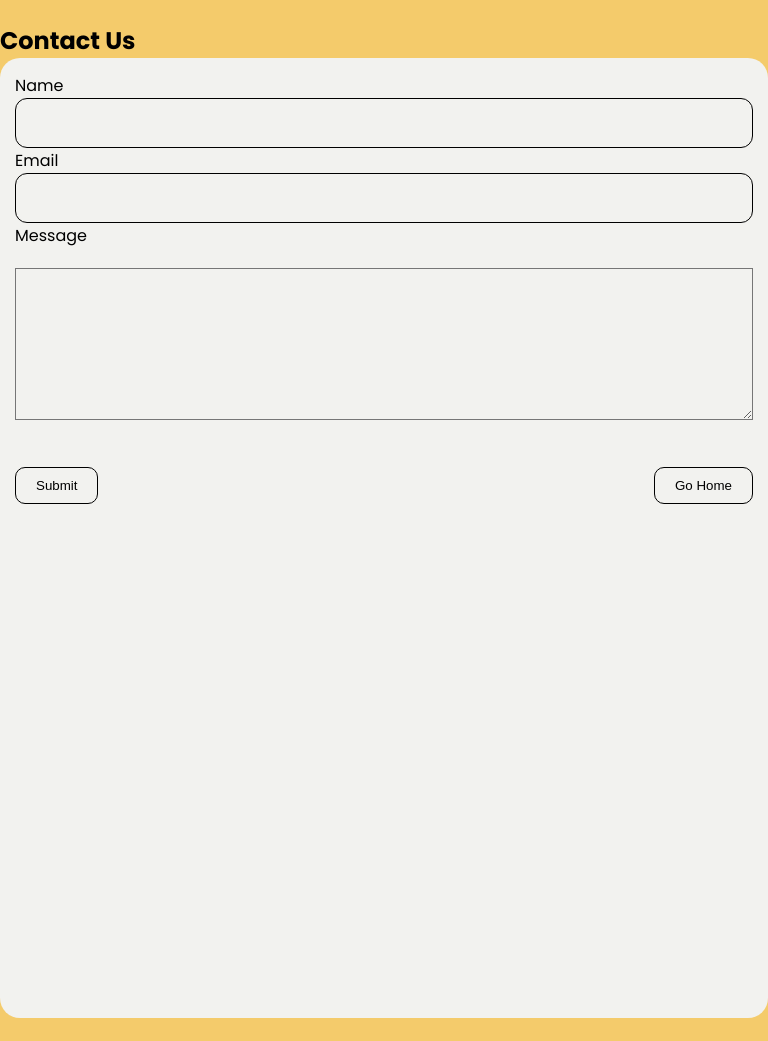
Repository: ble-syn/Random-user-generator-app
Page: /contact
The author's editor kept a copy of each file at every save. The page is drawn from the files as they stood at one save, then again after the next save.
The browser window is 768 px wide. The pictures show the whole page.
The project was rebuilt for these pictures with package versions that can differ from the ones it lists, and the page was loaded fresh each time. Also part of the build but not shown: src/components/Navbar.jsx, src/components/pagination.jsx, src/components/User.jsx, src/pages/Home.jsx, src/components/ErrorFallback.jsx, src/pages/About.jsx, src/pages/Vision.jsx, src/pages/Mission.jsx and 1 more.

Above is the page before, as saved 2022-10-28 20:02:06.

### src/index.css
@import url("https://fonts.googleapis.com/css2?family=Poppins:ital,wght@0,200;0,300;0,400;0,500;0,600;0,700;1,400&display=swap");
*{
  margin: 0;
  padding: 0;
  box-sizing: border-box;
}
a {
  text-decoration: none;
  color: #000;
}
ul{
  list-style: none;
}
body {
  background-color: #F4CB6B;
  font-family: "Poppins", sans-serif;
}
button {
  margin: 20px 0;
  padding:10px 20px;
  background: none;
  border-radius: 10px;
  border: 1px solid black;
}

.container {
  width: 100%;
  max-width: 1300px;
  margin: 3% auto;

}

nav {
  display: flex;
  justify-content: first baseline;
  margin-bottom: 100px;
}
.logo{
  margin-right: 5px;
}
.menu {
  margin: 0 20px;
}

.home-container{
  display: flex;
  align-items: center;
}
/* LEFT STYLES */
#left {
  flex: 5;
}
#left h1 {
  font-size: 3rem;
  font-weight: 700;
  margin-bottom: 20px;
}
#left p {
  font-size: 1.2rem;
  margin-bottom: 20px;
}
.search-input {
  width: 80%;
  background-color: #dadada;
  border-radius: 12px;
  border: none;
  display: flex;
  place-items: center;
  padding-left: 15px;
  margin: 50px 0;
}
.search-input input{
  border: none;
}
input {
  border: 1px solid black;
  border-radius: 12px;
  background-color: inherit;
  width: 100%;
  height: 50px;
  padding-left: 5px;
  font-size: 20px;
}
input:focus {
  outline: none;
}
input::placeholder {
  color: #171717;
}
.user-btb-cont {
  margin-top: 70px;
}
.user-btn{
  margin-right: 60px;
  padding: 30px;
  border-radius: 10px;
  color: #FFF;
  cursor: pointer;
  border: none;
  box-shadow: 0px 2px 5px  rgba(0, 0, 0, 0.5);
}
.all-user {
  background-color: #BF9679;
}
.f-user{
  background-color: #F97661;
}
.m-user{
background-color: #8DCC50;
}

#right{

  flex: 5;
  margin-left: 20px;
  background-color: #F2F2EF;
  border-radius: 20px;
  padding: 15px 30px;

}

.usercard {
  background-color: #F2F2EF;
  border-radius: 20px;
  display: flex;
  justify-content: space-between;
  align-items: center;
  padding: 20px;
  margin: 20px 0;
  box-shadow: 0px 2px 5px rgba(0, 0, 0, 0.5);
}

.usercard img {
 border: 5px solid #BF9679;;
  border-radius: 50%;
  margin: 5px 0;
}

.pagination {
  display: flex;
  justify-content: center;
  align-items: center;
  gap: 12px;
  margin: 20px 0;
}

.pagination-num {
  display: flex;
  justify-content: center;
  align-items: center;
  gap: 12px;
}

.pagination-child,
.prev,
.next {
  opacity: 1;
  border: 1px solid #000;
  padding: 8px 16px;
  cursor: pointer;
  border-radius: 10px;
  transition: all 0.3s ease;
}

.pagination-child:hover,
.prev:hover,
.next:hover {
  transform: scale(1.1);
}

.disabled {
  opacity: 0.5;
  cursor: not-allowed;
}
.notfound {
  display: flex;
  flex-direction: column;
  justify-content: center;
  align-items: center;
  height: 70vh;
  font-size: 2rem;
  font-weight: 700;
}
.notfound img{
  height: 200px;
}


textarea {
  width: 100%;
  margin: 20px 0;
  background: none;
}
.c-btn {
  display: flex;
  justify-content: space-between;
}
@media (max-width: 768px){
  .home-container{
    display: block;
  }
  .search-input{
    display: none;
  }
  .user-btn{
    margin: 20px;
    padding: 20px;


  }
  #right{
    height: 120vh;
    margin-left: 0;
    padding: 15px;

  }
  .usercard {
    flex-wrap: wrap;
    padding: 10px;

  }

}

### src/App.js
import { BrowserRouter as Router, Routes, Route, Navigate} from "react-router-dom";
import Navbar from "./components/Navbar";
import Home from "./pages/Home";
import About from "./pages/About";
import Policy from "./pages/Vision";
import Terms from "./pages/Mission";
import Contact from "./pages/Contact";
import NotFound from "./pages/NotFound";
import Mission from "./pages/Mission";
import Vision from "./pages/Vision";

function App() {
  return (
    <div className="container">
      <Router>
        <Routes>
          <Route path="/" element={<Home />} />
          <Route path="/about" element={<About />}>
            <Route path="mission" element={<Mission />} />
            <Route path="vision" element={<Vision />} />
          </Route>
          <Route path="/contact" element={<Contact />} />
          <Route path="/not-found" element={<NotFound />} />
          <Route path="*" element={<Navigate to="/not-found" />} />
        </Routes>
      </Router>

    </div>
  );
}

export default App;

### src/pages/Contact.jsx
import React from "react";
import {useNavigate} from "react-router-dom";

function Contact() {
  const navigate = useNavigate()
  const  goHome =(event) =>{
    event.preventDefault()
    navigate("/")
}
  return (
    <div className="home-container">
      <div id="left">
        <h2>Contact Us</h2>
      </div>

      <div id="right">
       <form>
          <label htmlFor="name">Name</label>
          <input type="text" name="name" id="name" />
          <label htmlFor="email">Email</label>
          <input type="email" name="email" id="email" />
          <label htmlFor="message">Message</label>
          <textarea name="message" id="message" cols="30" rows="10"></textarea>
          <div className="c-btn">
            <button type="submit">Submit</button>
            <button onClick={goHome}>Go Home</button>
          </div>

       </form>

      </div>
    </div>
  );
}

export default Contact;

Loaded but not shown: public/index.html (common file); src/index.js (common file); src/reportWebVitals.js (common file)

After the next save:
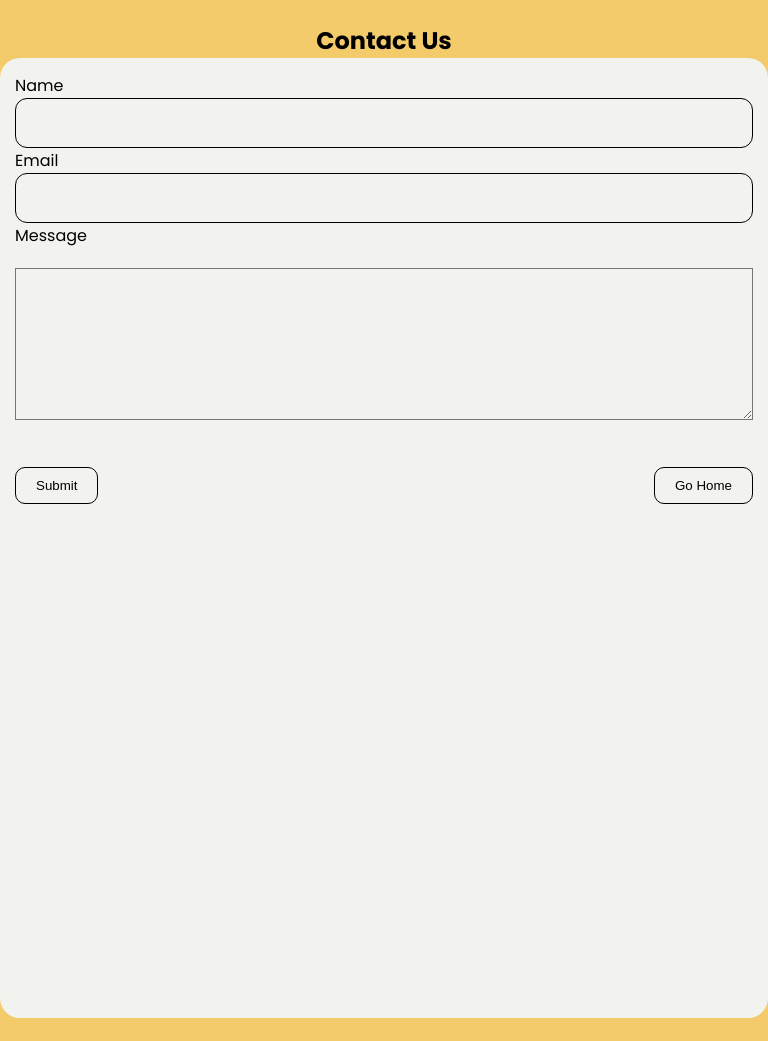
Saved 51 s later.
--- a/src/index.css
+++ b/src/index.css
@@ -199,14 +199,15 @@ textarea {
   .home-container{
     display: block;
   }
+  #left {
+    text-align: center;
+  }
   .search-input{
     display: none;
   }
   .user-btn{
     margin: 20px;
     padding: 20px;
-
-
   }
   #right{
     height: 120vh;
